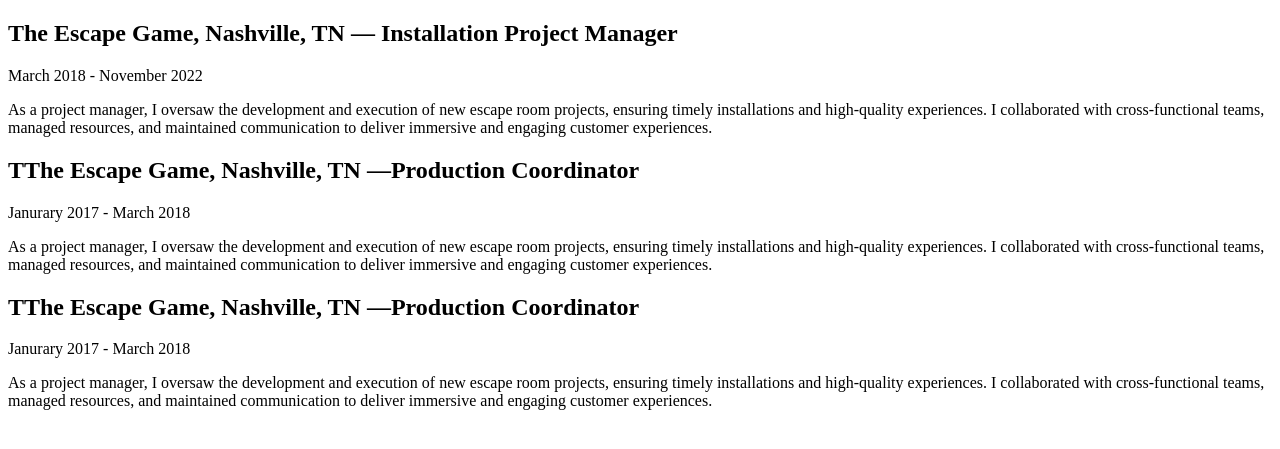
Repository: jgramirez0210/LAB-HTML-Resume
Page: index.html
These files come from the project's save history. The page is drawn as it stood at one moment and after the next save; the edit follows.
The browser window is 1280 px wide. The pictures show the whole page.

Above is the page before, as saved 2023-10-09 21:24:15.

After the next save:
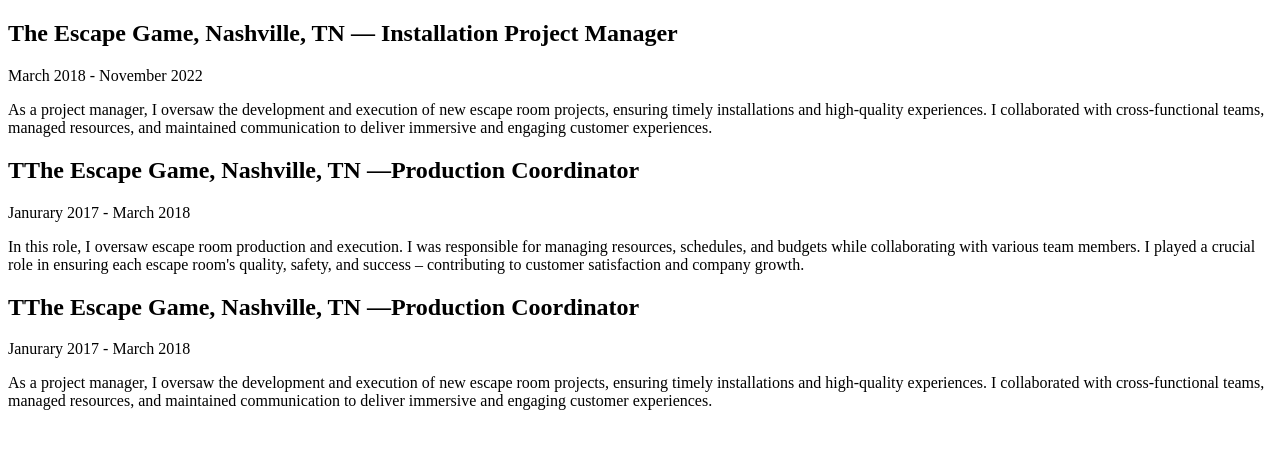
Saved 11 s later.
--- a/index.html
+++ b/index.html
@@ -14,7 +14,8 @@
   <article>
     <h2>TThe Escape Game, Nashville, TN —Production Coordinator</h2>
     <time datetime="2017-01" >Janurary 2017</time> - <time datetime="2018-3" >March 2018</time></time>
-    <p>As a project manager, I oversaw the development and execution of new escape room projects, ensuring timely installations and high-quality experiences. I collaborated with cross-functional teams, managed resources, and maintained communication to deliver immersive and engaging customer experiences.</p>
+    <p>In this role, I oversaw escape room production and execution. I was responsible for managing resources, schedules, and budgets while collaborating with various team members. I played a crucial role in ensuring each escape room's quality, safety, and success – contributing to customer satisfaction and company growth.
+    </p>
   </article>
   <article>
     <h2>TThe Escape Game, Nashville, TN —Production Coordinator</h2>
